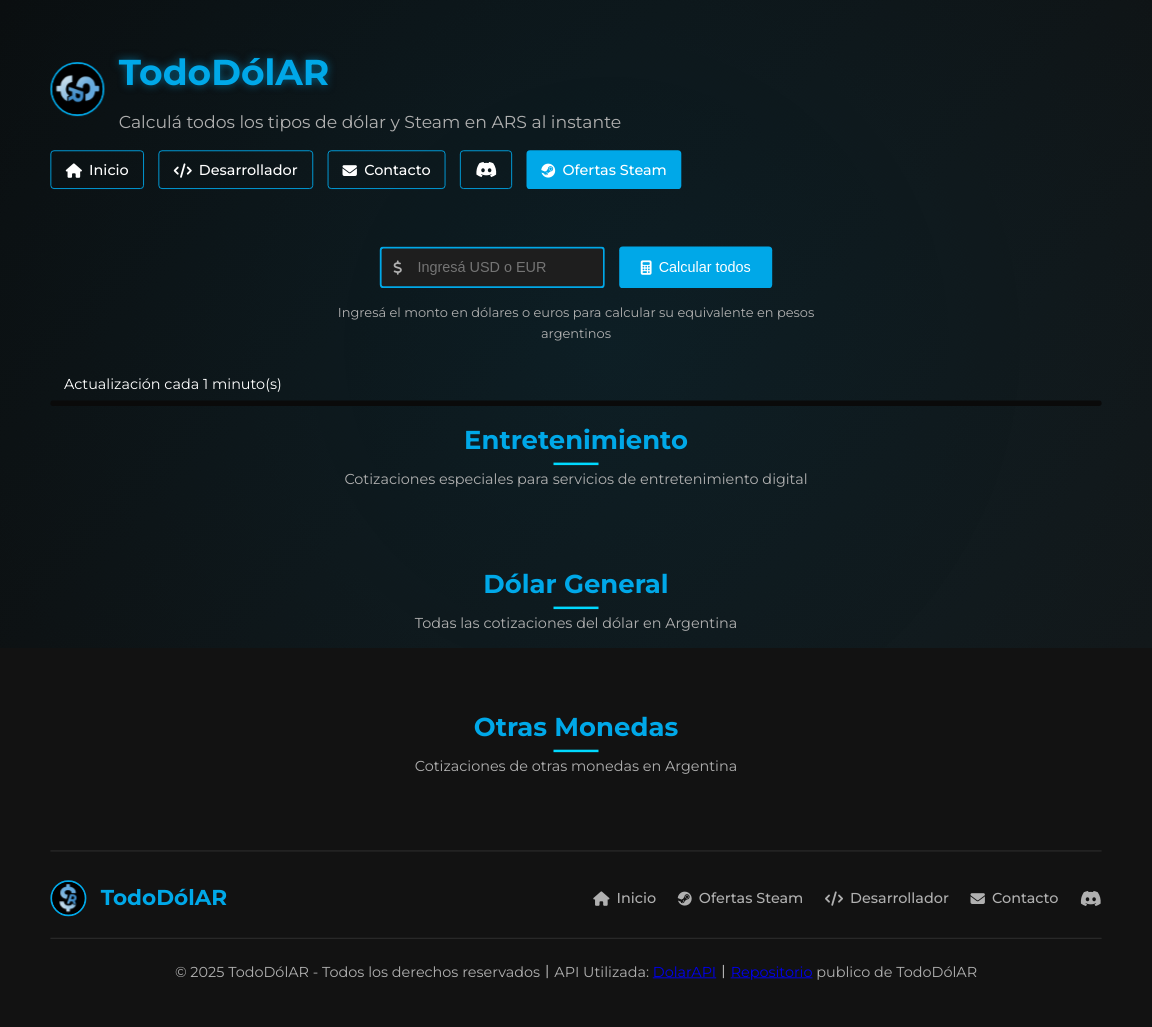
Repository: FabriDevelope/todod-lar-ar
Page: inicio/index.html
These files come from the project's save history. The page is drawn as it stood at one moment and after the next save; the edit follows.
The browser window is 1280 px wide. The pictures show the whole page, at 90% of full size.

Above is the page before, as saved 2025-09-06 23:24:52.
Console error: TypeError: Cannot read properties of null (reading 'addEventListener')

### inicio/index.html
<!DOCTYPE html>
<html lang="es">
<head>
    <meta charset="UTF-8">
    <meta name="viewport" content="width=device-width, initial-scale=1.0">
    <title>TodoDólAR - Calculá todos los tipos de dólar y Steam en ARS al instante</title>
    <link rel="stylesheet" href="../css/style.css">
    <link rel="icon" type="image/png" href="favicon.png">
    <link href="https://fonts.googleapis.com/css2?family=Montserrat:wght@400;500;700&display=swap" rel="stylesheet">
    <link rel="stylesheet" href="https://cdnjs.cloudflare.com/ajax/libs/font-awesome/6.4.0/css/all.min.css">
</head>
<body>
    <!-- Fondo animado -->
    <div class="animated-bg"></div>

    <div class="container">
        <!-- Header -->
        <header class="header">
            <div class="header-content">
                <div class="header-logo">
                    <img src="../logo/logo.png" alt="TodoDólar-AR Logo" class="logo-img">
                    <div>
                        <h1 class="header-title">TodoDólAR</h1>
                        <p class="header-subtitle">Calculá todos los tipos de dólar y Steam en ARS al instante</p>
                    </div>
                </div>
                <div class="header-links">
                    <a href="index.html" class="dev-link">
                        <i class="fas fa-home"></i> Inicio
                    </a>
                    <a href="../desarrollador/index.html" target="_blank" class="dev-link">
                        <i class="fas fa-code"></i> Desarrollador
                    </a>
                    <a href="../contacto/index.html" class="dev-link">
                        <i class="fas fa-envelope"></i> Contacto
                    </a>
                    <a href="../discord-invite/index.html" target="_blank" class="dev-link discord-link">
                        <i class="fab fa-discord"></i>
                    </a>
                    <a href="../ofertas-steam/index.html" target="_blank" class="steam-btn">
                        <i class="fab fa-steam"></i> Ofertas Steam
                    </a>
                </div>
            </div>
        </header>

        <!-- Input de cálculo -->
        <section class="calculation-section">
            <div class="input-container">
                <div class="input-group">
                    <i class="fas fa-dollar-sign input-icon"></i>
                    <input type="number" id="currency-input" placeholder="Ingresá USD o EUR" step="0.01" min="0">
                </div>
                <button id="calculate-all-btn" class="calculate-btn">
                    <i class="fas fa-calculator"></i> Calcular todos
                </button>
            </div>
            <p class="input-description">Ingresá el monto en dólares o euros para calcular su equivalente en pesos argentinos</p>
        </section>

        <div id="update-container" style="margin: 15px 0;">
            <span id="update-text" style="color: var(--light-text); margin-left: 15px;">Actualización cada 1 minuto(s)</span>
            <div id="update-bar-container" style="background: var(--darker-bg); border-radius: 5px; overflow: hidden; height: 6px; margin-top: 5px;">
                <div id="update-bar" style="height: 100%; width: 0%; background: var(--accent-color); transition: width 0.1s linear;"></div>
            </div>
        </div>





        <!-- Tarjetas de Juegos/Steam -->
        <section class="card-section">
            <div class="section-header">
                <h2 class="section-title">Entretenimiento</h2>
                <p class="section-description">Cotizaciones especiales para servicios de entretenimiento digital</p>
            </div>
            <div class="cards-grid" id="steam-cards">
                <!-- Las tarjetas se generarán con JavaScript -->
            </div>
        </section>

        <!-- Tarjetas de Dólar General -->
        <section class="card-section">
            <div class="section-header">
                <h2 class="section-title">Dólar General</h2>
                <p class="section-description">Todas las cotizaciones del dólar en Argentina</p>
            </div>
            <div class="cards-grid" id="general-cards">
                <!-- Las tarjetas se generarán con JavaScript -->
            </div>
        </section>

        <!-- Tarjetas de Euro -->
        <section class="card-section">
            <div class="section-header">
                <h2 class="section-title">Otras Monedas</h2>
                <p class="section-description">Cotizaciones de otras monedas en Argentina</p>
            </div>
            <div class="cards-grid" id="euro-cards">
                <!-- Las tarjetas se generarán con JavaScript -->
            </div>
        </section>

        <!-- Footer -->
        <footer class="footer">
            <div class="footer-content">
                <div class="footer-logo">
                    <img src="../logo/logo.png" alt="TodoDólar-AR Logo" class="footer-logo-img">
                    <span class="footer-title">TodoDólAR</span>
                </div>
                <div class="footer-links">
                    <a href="index.html" class="footer-link">
                        <i class="fas fa-home"></i> Inicio
                    </a>
                    <a href="../ofertas-steam/index.html" target="_blank" class="footer-link">
                        <i class="fab fa-steam"></i> Ofertas Steam
                    </a>
                    <a href="../desarrollador/index.html" target="_blank" class="footer-link">
                        <i class="fas fa-code"></i> Desarrollador
                    </a>
                    <a href="../contacto/index.html" class="footer-link">
                        <i class="fas fa-envelope"></i> Contacto
                    </a>
                    <a href="../discord-invite/index.html" target="_blank" class="footer-link discord-link">
                        <i class="fab fa-discord"></i>
                    </a>
                </div>
            </div>
            <div class="footer-bottom">
                <p>&copy; 2025 TodoDólAR - Todos los derechos reservados丨API Utilizada: <a href="https://dolarapi.com/docs/argentina/" target="_blank">DolarAPI</a>丨<a href="https://github.com/FabriDevelope/todod-lar-ar" target="_blank">Repositorio</a> publico de TodoDólAR</p>
            </div>
        </footer>
    </div>

    <!-- Modal para cálculo específico -->
    <div id="calc-modal" class="modal">
        <div class="modal-content">
            <div class="modal-header">
                <h3 class="modal-title" id="modal-title">Calculadora de Moneda</h3>
                <button class="modal-close-btn" id="modal-close-btn">
                    <i class="fas fa-times"></i>
                </button>
            </div>
            <div class="modal-body">
                <div class="calc-section">
                    <h4>ARS a <span id="currency-name">Moneda</span></h4>
                    <div class="calc-input-group">
                        <input type="number" id="ars-input" placeholder="Ingresá ARS" step="0.01" min="0">
                        <button class="calc-btn" id="ars-to-currency-btn">Calcular</button>
                    </div>
                    <div class="calc-result" id="ars-to-currency-result">
                        <span class="result-label">Resultado:</span>
                        <span class="result-value">0.00</span>
                    </div>
                </div>
                <div class="calc-section">
                    <h4><span id="currency-name-2">Moneda</span> a ARS</h4>
                    <div class="calc-input-group">
                        <input type="number" id="currency-input-modal" placeholder="Ingresá monto" step="0.01" min="0">
                        <button class="calc-btn" id="currency-to-ars-btn">Calcular</button>
                    </div>
                    <div class="calc-result" id="currency-to-ars-result">
                        <span class="result-label">Resultado:</span>
                        <span class="result-value">$0.00</span>
                    </div>
                </div>
            </div>
            <div class="modal-footer">
                <button class="modal-close-footer-btn" id="modal-close-footer-btn">Cerrar</button>
            </div>
        </div>
    </div>

    <script src="../js/script.js"></script>
</body>
</html>

Loaded but not shown: js/script.js (227 lines, source omitted); css/style.css (788 lines, source omitted)

After the next save:
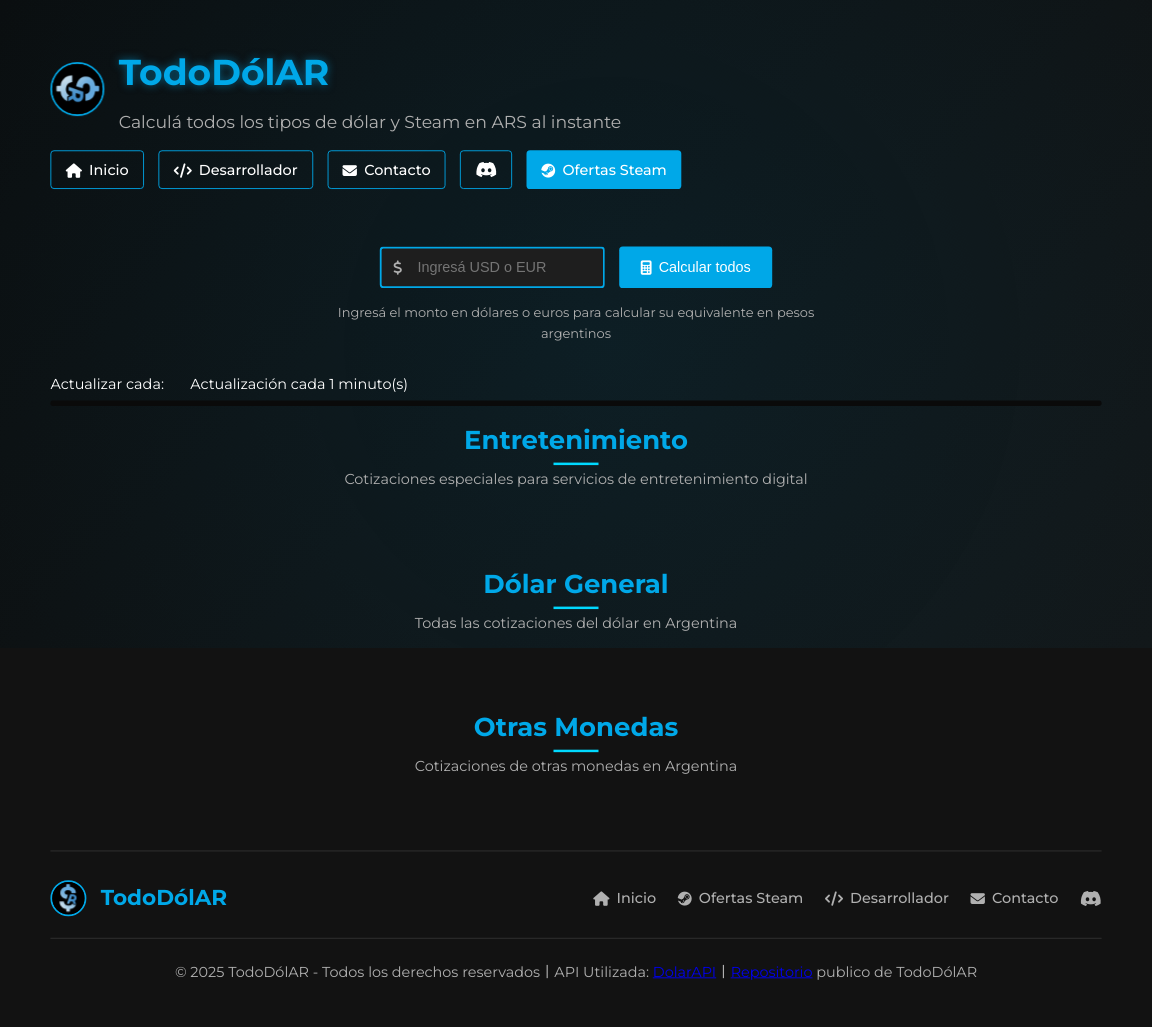
Saved 8 s later.
--- a/inicio/index.html
+++ b/inicio/index.html
@@ -59,6 +59,7 @@
         </section>
 
         <div id="update-container" style="margin: 15px 0;">
+            <label for="update-interval-select" style="color: var(--light-text); margin-right: 10px;">Actualizar cada:</label>
             <span id="update-text" style="color: var(--light-text); margin-left: 15px;">Actualización cada 1 minuto(s)</span>
             <div id="update-bar-container" style="background: var(--darker-bg); border-radius: 5px; overflow: hidden; height: 6px; margin-top: 5px;">
                 <div id="update-bar" style="height: 100%; width: 0%; background: var(--accent-color); transition: width 0.1s linear;"></div>
